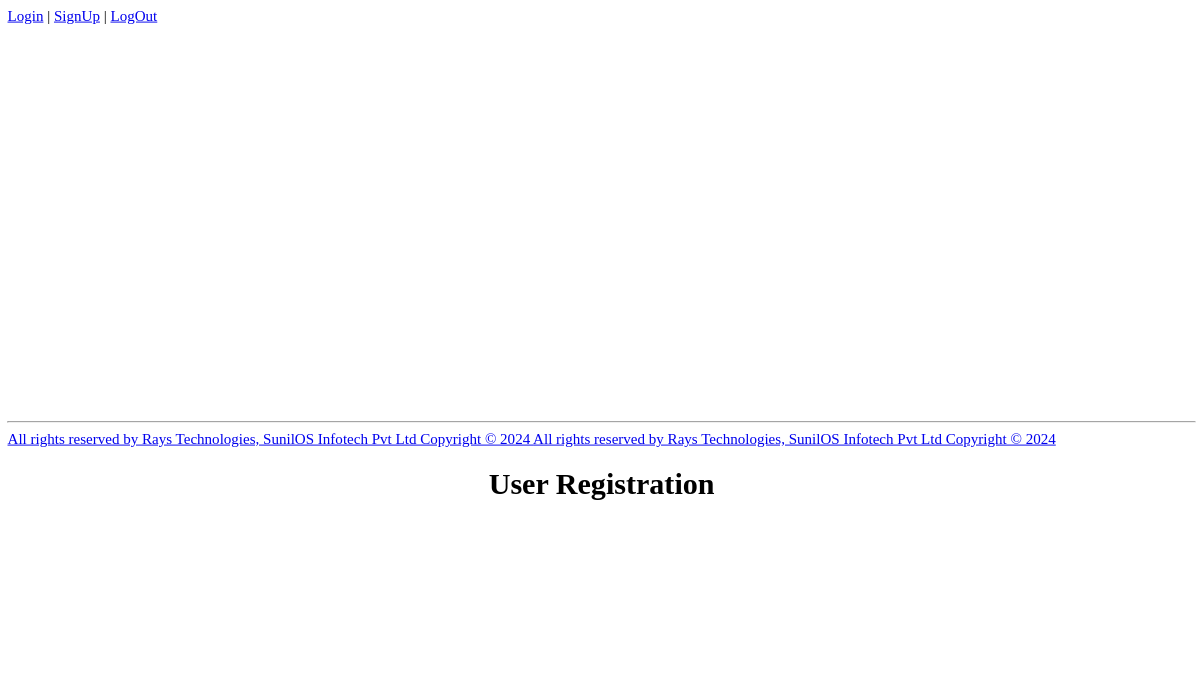
Repository: Deepak9669/JSP-Servlet
Page: http://localhost/Dynamic-Web-Project/UserRegistrationView.jsp
The author's editor kept a copy of each file at every save. The page is drawn from the files as they stood at one save, then again after the next save.
The browser window is 1280 px wide. The pictures show the whole page, at 94% of full size.
The page is served by Tomcat 9.

Above is the page before, as saved 2025-10-03 07:32:26.

After the next save:
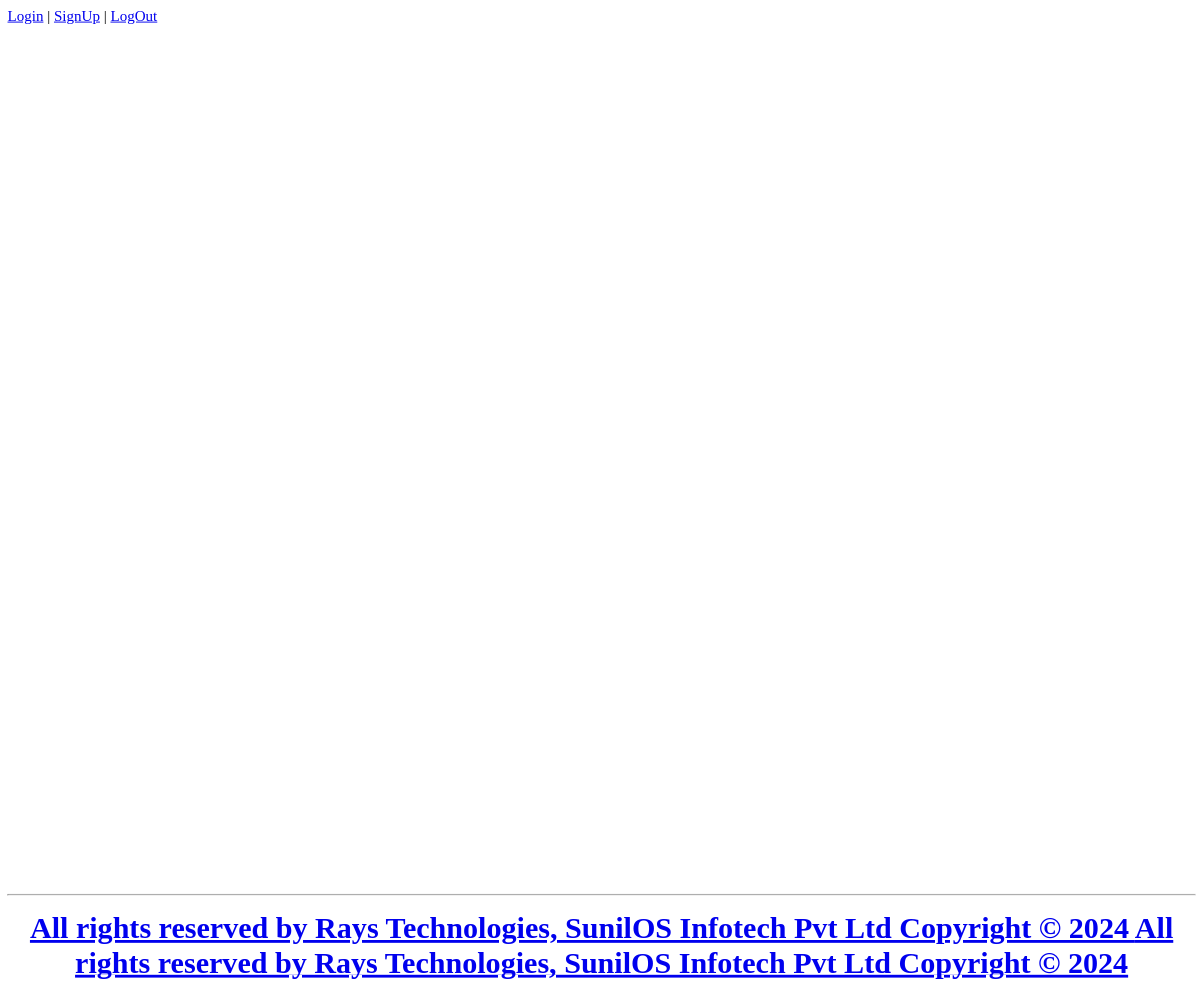
Saved 47 s later.
--- a/Dynamic-Web-Project/WebContent/UserRegistrationView.jsp
+++ b/Dynamic-Web-Project/WebContent/UserRegistrationView.jsp
@@ -8,12 +8,11 @@
 </head>
 <body>
 <%@include file="Header.jsp" %>
-<%@include file="Footer.jsp" %>
+
  <div align="center">
 
-  <h1>User Registration</h1>
-
- </div>
+  <h1>
+<%@include file="Footer.jsp"%>
 
 </body>
 </html>
